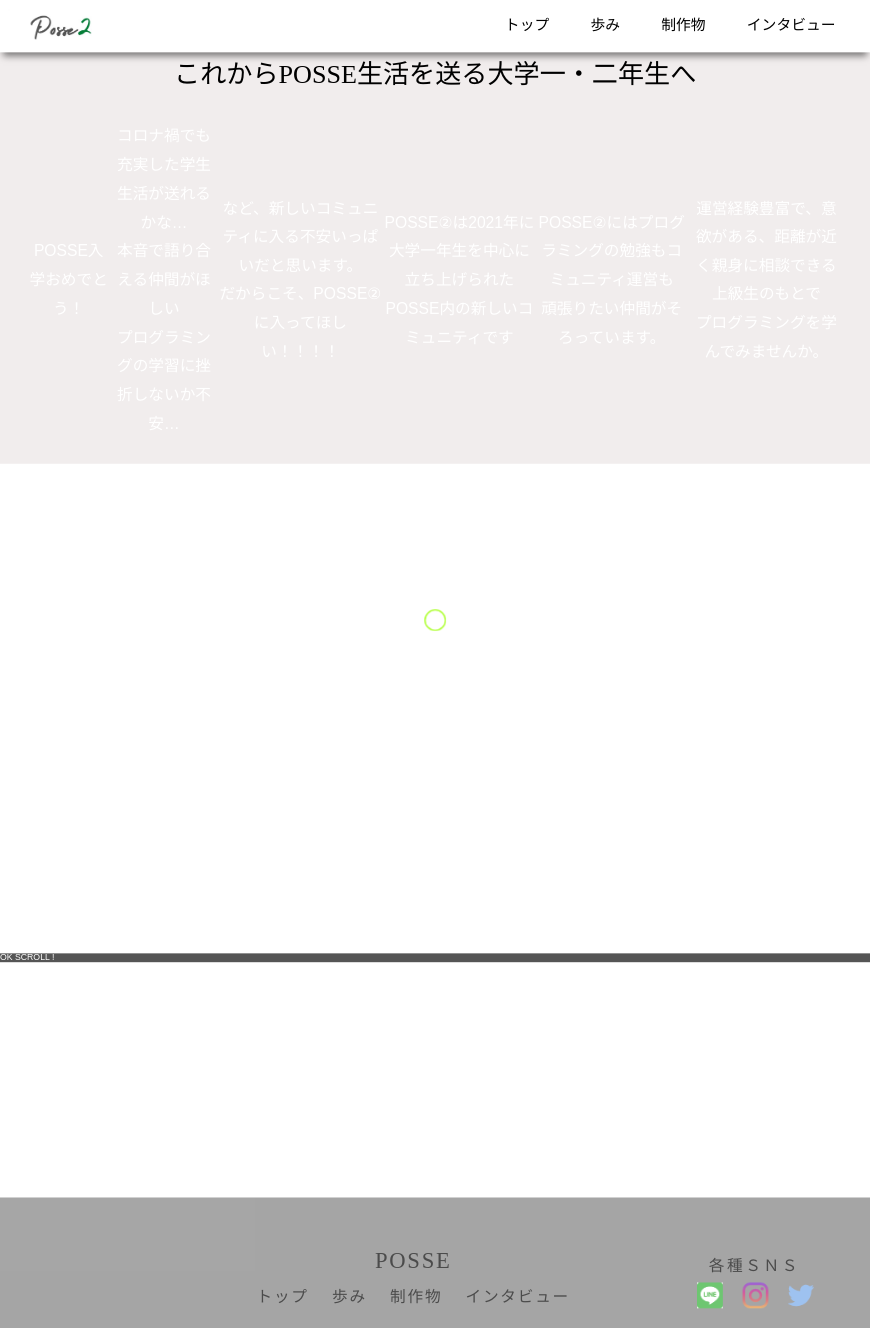
Repository: posse-ap/posse2-hackathon-202202-team2A
Page: topPage/index.html
An editor plug-in stored every save of this project. The page is shown before and after a run of saves, followed by the edit.
The browser window is 1280 px wide. The pictures show the whole page, at 68% of full size.
Some web libraries are served in a nearby version.

Above is the page before, as saved 2022-02-15 03:35:10.

### topPage/index.html
<!DOCTYPE html>
<html lang="en">

<head>
    <meta charset="UTF-8" />
    <meta http-equiv="X-UA-Compatible" content="IE=edge" />
    <meta name="viewport" content="width=device-width, initial-scale=1.0" />
    <title>Document</title>
    <link rel="stylesheet" href="/reset.css" />
    <link rel="stylesheet" href="/topPage/style.css" />
</head>

<body>
    <!-- <header id="header" class="header">
        <div class="header_content">
            <div class="header_title">
                <img src="/topPage images/S__31211608.jpg" alt="" class="header_title_img">
            </div>
            <div class="header_links">
                <ul>
                    <li><a href="">トップページ</a></li>
                    <li><a href="">活動記録</a></li>
                    <li><a href="">日常の記録</a></li>
                    <li><a href="">保護者の方へ</a></li>
                </ul>
            </div>
        </div>
    </header> -->

    <header id="header" class="header">
        <div class="header_content">
            <div class="header_title">
                <img src="/topPage images/S__31211608.jpg" alt="" class="header_title_img">
            </div>
            <!-- ①サイトタイトル -->
            <div class="nav-wrapper header_links">
                <!-- ②ナビゲーションメニュー -->
                <nav class="header-nav">
                    <ul class="nav-list">
                        <li class="nav-item">
                            <a href="">トップ</a>
                        </li>
                        <li class="nav-item">
                            <a href="">歩み</a>
                        </li>
                        <li class="nav-item">
                            <a href="">制作物</a>
                        </li>
                        <li class="nav-item">
                            <a href="">インタビュー</a>
                        </li>
                    </ul>
                </nav>
            </div>
            <button class="burger-btn">
                <!-- ③ハンバーガーボタン -->
                <span class="bar bar_top"></span>
                <span class="bar bar_mid"></span>
                <span class="bar bar_bottom"></span>
            </button>
        </div>
    </header>

    <section class="section">
        <div>
            <h2>これからPOSSE生活を送る大学一・二年生へ</h2>
        <p>POSSE入学おめでとう！</p>
        <p>コロナ禍でも充実した学生生活が送れるかな…<br>
            本音で語り合える仲間がほしい<br>
            プログラミングの学習に挫折しないか不安…<br>
            </p>
        <p>など、新しいコミュニティに入る不安いっぱいだと思います。<br>
            だからこそ、POSSE②に入ってほしい！！！！
            </p>
        <p>POSSE②は2021年に大学一年生を中心に立ち上げられた<br>POSSE内の新しいコミュニティです</p>
        <p> POSSE②にはプログラミングの勉強もコミュニティ運営も<br>頑張りたい仲間がそろっています。</p>
        <p>運営経験豊富で、意欲がある、距離が近く親身に相談できる上級生のもとで<br>プログラミングを学んでみませんか。</p>
        </div>
    </section>

    <section class="section2">
        <p>SCROLL DOWN CSS</p>
        <a href="#" class="scroll-down" address="true"></a>
        </section>
        <section class="ok">
        <p>OK SCROLL !</p>
    </section>


    <footer class="footer">
        <div class='footer_box'>
            <div class="footer_box1">
                <div class='footer_official_box'>
                    <label for="logo"><p>POSSE</p></label>
                    <!-- <a id='logo'  href="https://posse.anti-pattern.co.jp/"><img class='posse_logo_footer' src="img\posseLogo.png" alt="ポッセロゴ"></a> -->
                </div>
                <div class='footer_other_box'>
                    <div class='footer_page_in_site'>
                        <a href="">トップ</a>
                        <a href="">歩み</a>
                        <a href="">制作物</a>
                        <a href="">インタビュー</a>
                    </div>
                </div>
            </div>
            <div class='SNS'>
                <p>各種ＳＮＳ</p>
                <div class='SNS_box'>
                    <a href=""><img src="/topPage images/LINE.png" alt=""></a>
                    <a href="https://instagram.com/posse_programming?utm_medium=copy_link"><img src="/topPage images/instagram2.png" alt="instagram"></a>
                    <a href="https://twitter.com/posse_program?s=20"><img src="/topPage images/twitter2.png" alt="twitter"></a>
                </div>
            </div>
        </div>
    </footer>

    <script src="//ajax.googleapis.com/ajax/libs/jquery/1.10.2/jquery.min.js"></script>
    <script src="https://ajax.googleapis.com/ajax/libs/jquery/3.6.0/jquery.min.js"></script>
    <script src="/topPage/script.js"></script>
</body>

</html>

### topPage/style.css
html {
    font-size: 1vw;
}

body {
    text-align: center;
    margin: 0 auto;
    font-family: "ヒラギノ丸ゴ Pro W4", "ヒラギノ丸ゴ Pro", "Hiragino Maru Gothic Pro", "ヒラギノ角ゴ Pro W3", "Hiragino Kaku Gothic Pro", "HG丸ｺﾞｼｯｸM-PRO", "HGMaruGothicMPRO";
}

/* 下にスクロールするボタン関連 */
*,
:after,
:before {
    box-sizing: border-box;
    margin: 0;
    padding: 0;
}

.section2 {
    height: 100vh;
    width: 100%;
    /* display: table; */

}

section.ok {
    background-color: #555;
}

section p {
    color: white;
    font-family: arial;
    display: table-cell;
    text-align: center;
    vertical-align: middle;
}

.scroll-down {
    opacity: 1;
    -webkit-transition: all .5s ease-in 3s;
    transition: all .5s ease-in 3s;
}

.scroll-down {
    position: absolute;
    left: 50%;
    top: 70rem;
    margin-left: -16px;
    display: block;
    width: 32px;
    height: 32px;
    border: 2px solid greenyellow;
    background-size: 14px auto;
    border-radius: 50%;
    z-index: 2;
    -webkit-animation: bounce 2s infinite 2s;
    animation: bounce 2s infinite 2s;
    -webkit-transition: all .2s ease-in;
    transition: all .2s ease-in;
    transform: scale(1)
}

.scroll-down:before {
    position: absolute;
    top: calc(50% - 8px);
    left: calc(50% - 6px);
    transform: rotate(-45deg);
    display: block;
    width: 12px;
    height: 12px;
    content: "";
    border: 2px solid white;
    border-width: 0px 0 2px 2px;
}

@keyframes bounce {

    0%,
    100%,
    20%,
    50%,
    80% {
        -webkit-transform: translateY(0);
        -ms-transform: translateY(0);
        transform: translateY(0);
    }

    40% {
        -webkit-transform: translateY(-10px);
        -ms-transform: translateY(-10px);
        transform: translateY(-10px);
    }

    60% {
        -webkit-transform: translateY(-5px);
        -ms-transform: translateY(-5px);
        transform: translateY(-5px);
    }
}

.updown {
    animation-name:updown1;   /* アニメーション名の指定 */
    animation-delay:0s;   /* アニメーションの開始時間指定 */
    animation-duration: 3s;   /* アニメーション動作時間の指定 */
    animation-timing-function: ease-in-out;  /* アニメーションの動き指定（徐々に早く）*/
    animation-iteration-count: infinite;
}

@keyframes updown1 {
  0% {
    transform: translateY(0);
  }
  50% {
    transform: translateY(-20px);
  }
  100% {
    transform: translateY(0);
  }
}


.header_content {
    width: 95%;
    height: 90%;
    display: flex;
    justify-content: space-between;
    opacity: 1;
    margin: 0 6rem 0.3rem 1rem;
}

.header_title {
    display: flex;
}

.header_title_img {
    display: block;
    width: 12rem;
    height: 4rem;
    opacity: 1;
}



.header_links {
    width: 40%;
    padding: 1rem 0 0 0;
}

.header_links ul {
    display: flex;
    justify-content: space-between;
}

.header_links li a {
    display: block;
    color: black;
    text-decoration: none;
    font-size: 1.7rem;
}

.header_links li a:hover {
    opacity: 0.4;
    transform: translate(0, -5px);
}


.header {
    width: 100%;
    height: 6rem;
    background: white;
    position: fixed;
    top: 0;
    left: 0;
    padding-top: 1.1rem;
    box-sizing: border-box;
    z-index: 5;
    box-shadow: 0px 10px 10px -5px rgba(0, 0, 0, 0.5);
}

.SNS_box{
    width: 150%;
}


/* -------------------- */
/* header
  /* -------------------- */
/* .header {
    align-items: center;
    background-color: #1b1310;
    border-bottom: 1px solid #fff;
    color: #fff;
    display: flex;
    height: 74px;
    justify-content: space-between;
    padding: 0 120px;
} */

/* .nav-list {

    display: flex;
} */

/* .nav-item {

    margin-right: 55px;
} */

.burger-btn {
    display: none;
}

/* ------------------ */
/* fv
  /* ------------------ */
.fv {
    align-items: center;
    background-color: #141414;
    background-image: url(../img/fv-bgi@2x.jpg);
    background-position: center;
    background-size: cover;
    display: flex;
    flex-direction: column;
    height: 90vh;
    justify-content: center;
}

/* .main-copy {
    border: 2px solid #fff;
    color: #fff;
    font-size: 50px;
    font-weight: bold;
    padding: 34px 42px;
} */

/* ------------------ */
/* about
  /* ------------------ */
.section-title {
    font-size: 36px;
    font-weight: bold;
    letter-spacing: .05em;
    margin-bottom: 70px;
    text-align: center;
}

h3 {
    font-size: 2.4rem;
    font-weight: bold;
    letter-spacing: .1em;
    line-height: 2;
    margin-bottom: 40px;
}

.section-wrapper {
    padding: 100px 10% 50px;
}

@media screen and (min-width:541px) and (max-width:1024px) {
    .header{
        height: 10rem;
    }

    .header_content{
        padding-top: 2rem;
    }

    .header_title_img{
        width: 100%;
        height: 70%;
    }

    .header_links li a{
        font-size: 2.7rem;
        margin-top: 0;
    }

    .header_links{
        width: 50%;
    }
}

@media screen and (max-width:540px) {

    /* ----------------------- */
    /* base_sp
    /* ----------------------- */
    /* デフォルトのbuttonスタイルをリセット */
    button {
        -webkit-appearance: none;
        -moz-appearance: none;
        appearance: none;
        background: transparent;
        border: 0;
        border-radius: 0;
        color: inherit;
        cursor: pointer;
        font: inherit;
        margin: 0;
        outline: none;
        padding: 0;
        vertical-align: middle;
    }

    /* ------------------ */
    /* humberger-menu */
    /* ------------------ */
    .header {
        padding: 0;
        height: 15rem;
    }

    .header_title_img{
        margin-top: 2rem;
        width: 30rem;
        height: 10rem;
    }

    /* 以下、ハンバーガーボタン */
    .burger-btn {
        display: block;
        height: 22%;
        position: relative;
        width: 20%;
        z-index: 3;
        /* codepenの挙動のため */
        background-color: transparent;
        border: none;
        margin-top: 6rem;
    }



    .bar {
        background-color: black;
        display: block;
        height: 0.1rem;
        left: 50%;
        position: absolute;
        transform: translateX(-50%);
        width: 7rem;
    }

    .bar_top {
        top: 3rem;
    }

    .bar_mid {
        top: 50%;
        transform: translate(-50%, -50%);
    }

    .bar_bottom {
        bottom: 3rem;
    }

    .burger-btn.close{
        margin-top: 8.4rem;
    }

    .burger-btn.close .bar_top {
        transform: translate(-50%,-4.3rem) rotate(45deg);
        transition: transform .3s;
    }

    .burger-btn.close .bar_mid {
        opacity: 0;
        transition: opacity .3s;
    }

    .burger-btn.close .bar_bottom {
        transform: translate(-50%, -1rem) rotate(-45deg);
        transition: transform .3s;
    }

    /* スクロール制御 */
    .noscroll {
        overflow: hidden;
    }

    /* 以下、ハンバーガーメニュー */
    .nav-wrapper {
        visibility: hidden;
        height: 100vh;
        left: 0;
        position: fixed;
        top: 0;
        width: 100vw;
        opacity: 0;
        transition: opacity .5s;
        z-index: 2;
        /*キービジュアルと.btn_triggerとの重なりの前後関係を調整*/
    }

    .header-nav {
        background-color: white;
        height: 100%;
        width: 100%;
        z-index: 2;
    }

    .header_links ul{
        display: block;
    }

    .nav-list {
        display: block;
        left: 50%;
        position: absolute;
        text-align: center;
        top: 50%;
        transform: translate(-50%, -50%);
    }

    .nav-item {
        margin-bottom: 40px;
        margin-right: 0;
    }

    .header_links li a{
        font-size: 5rem;
    }

    /* メニューオープン時 */
    .nav-wrapper.fade {
        opacity: 1;
        visibility: visible;
    }

    /* ------------------ */
    /* fv */
    /* ------------------ */
    .main-copy {
        font-size: 30px;
    }

    /* ------------------ */
    /* about */
    /* ------------------ */
    h3 {
        font-size: 20px;
        margin-bottom: 30px;
    }

    .section-wrapper {
        padding: 100px 5% 50px;
    }
}

/* ふったー */
.footer {
    background-color: grey;
    opacity: 0.7;
}

.footer_box {
    width: 65%;
    height: 15rem;
    display: flex;
    justify-content: space-around;
    padding: 6rem 0 0 0;
    position: relative;
    right: -23%;
    margin-top: 27rem;
}

.footer_official_box label p {
    color: black;
    font-size: 2.6rem;
    letter-spacing: 0.2rem;
}

.footer_official_box label p:hover {
    opacity: 0.4;
    transform: translate(0, -5px);
}

.footer_page_in_site a {
    color: black;
    text-decoration: none;
    font-size: 1.8rem;
    letter-spacing: 0.2rem;
}

.footer_page_in_site a:hover {
    opacity: 0.4;
    transform: translate(0, -5px);
}

.SNS {
    width: 14%;
}

.SNS_box a {
    margin: 1rem;
}

.SNS_box a img {
    width: 3rem;
    height: 3rem;
}

.SNS_box a :hover {
    opacity: 0.4;
    transform: translate(0, -5px);
}

.SNS p {
    color: black;
    font-size: 1.8rem;
    margin: 1rem 0;
    margin-left: 6rem;
    letter-spacing: 0.3rem;
    white-space: nowrap;
}

/* .SNS p:hover {
    opacity: 0.4;
    transform: translate(0, -5px);
} */

.posse_logo_footer {
    width: 80%;
    height: 40%;
}

.footer_other_box {
    font-size: 1.5rem;
    letter-spacing: 0.3rem;
    margin: 2rem;
}

.footer_page_in_site a {
    margin: 0 1rem;
}

.SNS_box{width: 250%;}

@media screen and (min-width:541px) and (max-width:1024px) {
    .footer{
        height: 30rem;
    }

    .footer_official_box label p{
        font-size: 7rem;
    }

    .SNS p{
        display: block;
        margin-left: 0;
        margin: 3rem auto;
        font-size: 3rem;
        white-space: nowrap;
    }

    .footer_page_in_site a{
        font-size: 3rem;
    }

    .footer_box{
        width: 75%;
        display: block;
        right: -13%;
    }

    .SNS{
        margin: 0 auto;
        width: 100%;
    }

    .SNS_box{
        width: 100%;
    }


    .footer_official_box label p{
        font-size: 4rem;
    }

    .SNS_box a img {
        width: 5rem;
        height: 5rem;
    }
}


@media screen and (max-width:540px) {
    .footer_box {
        display: block;
        height: 20rem;
        margin:  20rem 0;
        right: -5%;
        width: 90%;
    }

    .footer_official_box label p{
        font-size: 10rem;
    }

    .footer_page_in_site a{
        font-size: 5rem;
        display: block;
    }

    .footer_page_in_site{
        display: block;
        line-height: 7rem;
    }

    .footer{
        height: 70rem;
    }

    .SNS{
        margin: 0 auto;
        width: 100%;
    }

    .SNS p{
        margin-left: 0;
        display: block;
        width: 50rem;
        margin: 3rem auto;
        font-size: 7rem;
        white-space: nowrap
    }

    .SNS_box{
        width: 100%;
    }

    .SNS_box a img {
        width: 7rem;
        height: 7rem;
    }
}

.section div {
    background-color: rgb(241, 237, 237);
    padding: 3rem;
}

.section div h2 {
    font-size: 3rem;
    margin: 4rem;
}

.section div p {
    font-size: 1.8rem;
    margin: 3rem;
    line-height: 3.3rem;
}

.section2 {
    padding: 7rem 0;
}

.highlight {
    background: linear-gradient(transparent 50%, #f6ff5f 80%);
}

### topPage/script.js
$('.burger-btn').on('click', function () {//.btn_triggerをクリックすると
    $('.burger-btn').toggleClass('close');//.btn_triggerにcloseクラスを付与(ボタンのアニメーション)
    $('.nav-wrapper').toggleClass('fade');//.nav-wrapperに
    $('body').toggleClass('noscroll');//bodyにnoscrollクラスを付与(スクロールを固定)
});

$(function () {
    var setImg = '#mainImg';
    var fadeSpeed = 1500;
    var switchDelay = 5000;

    $(setImg).children('img').css({ opacity: '0' });
    $(setImg + ' img:first').stop().animate({ opacity: '1', zIndex: '20' }, fadeSpeed);

    setInterval(function () {
        $(setImg + ' :first-child').animate({ opacity: '0' }, fadeSpeed).next('img').animate({ opacity: '1' }, fadeSpeed).end().appendTo(setImg);
    }, switchDelay);
});

$(function () {
    $('.scroll-down').click(function () {
        $('html, body').animate({ scrollTop: $('section.ok').offset().top }, 'slow');
        return false;
    });
});

Loaded but not shown: reset.css (common file)

After the next 2 saves:
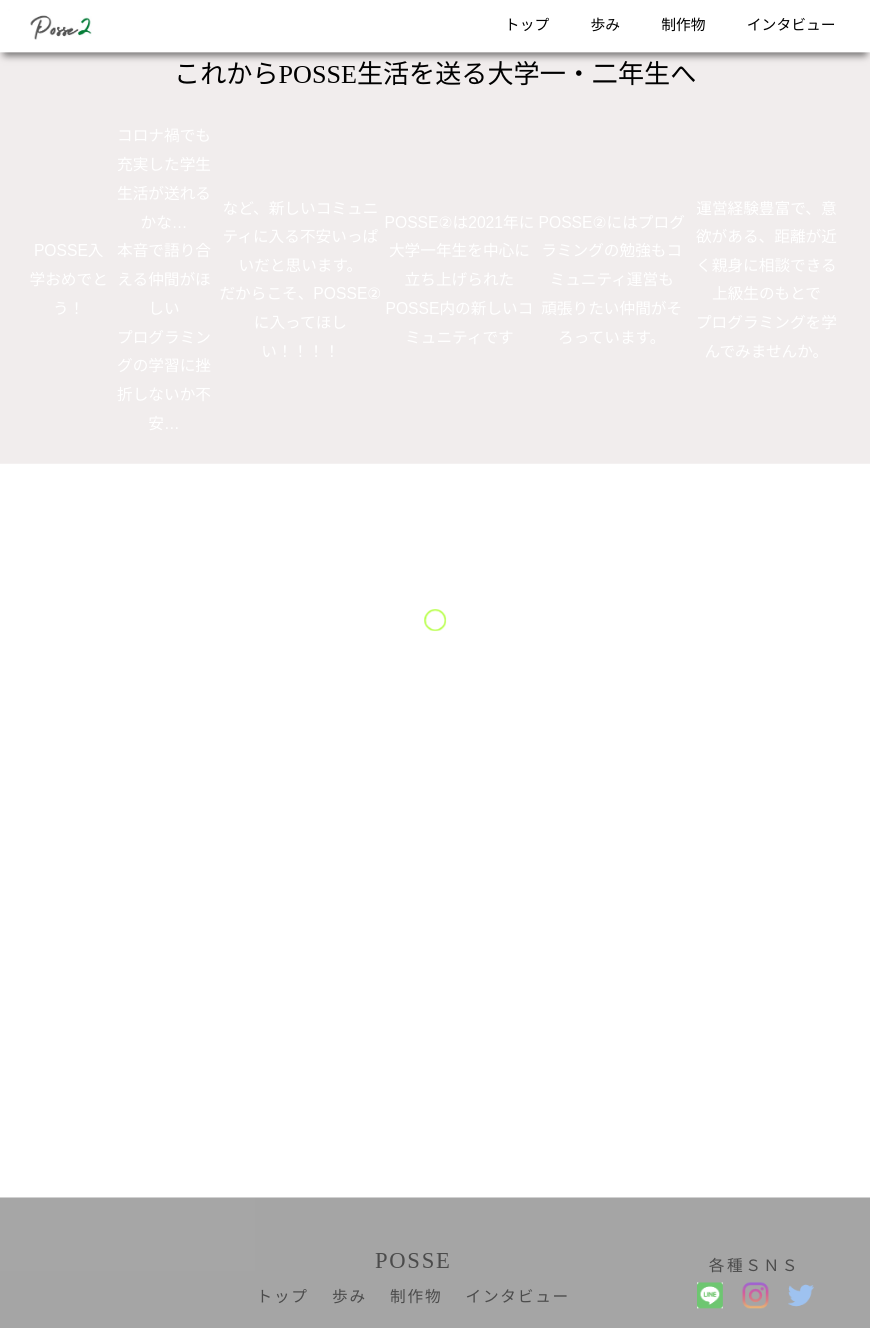
The 2 saves are shown as one change because they came seconds apart.
The last was saved 7 s later.
--- a/topPage/style.css
+++ b/topPage/style.css
@@ -24,7 +24,7 @@
 
 }
 
-section.ok {
+.section2.ok {
     background-color: #555;
 }
 

After the 2 saves that followed:
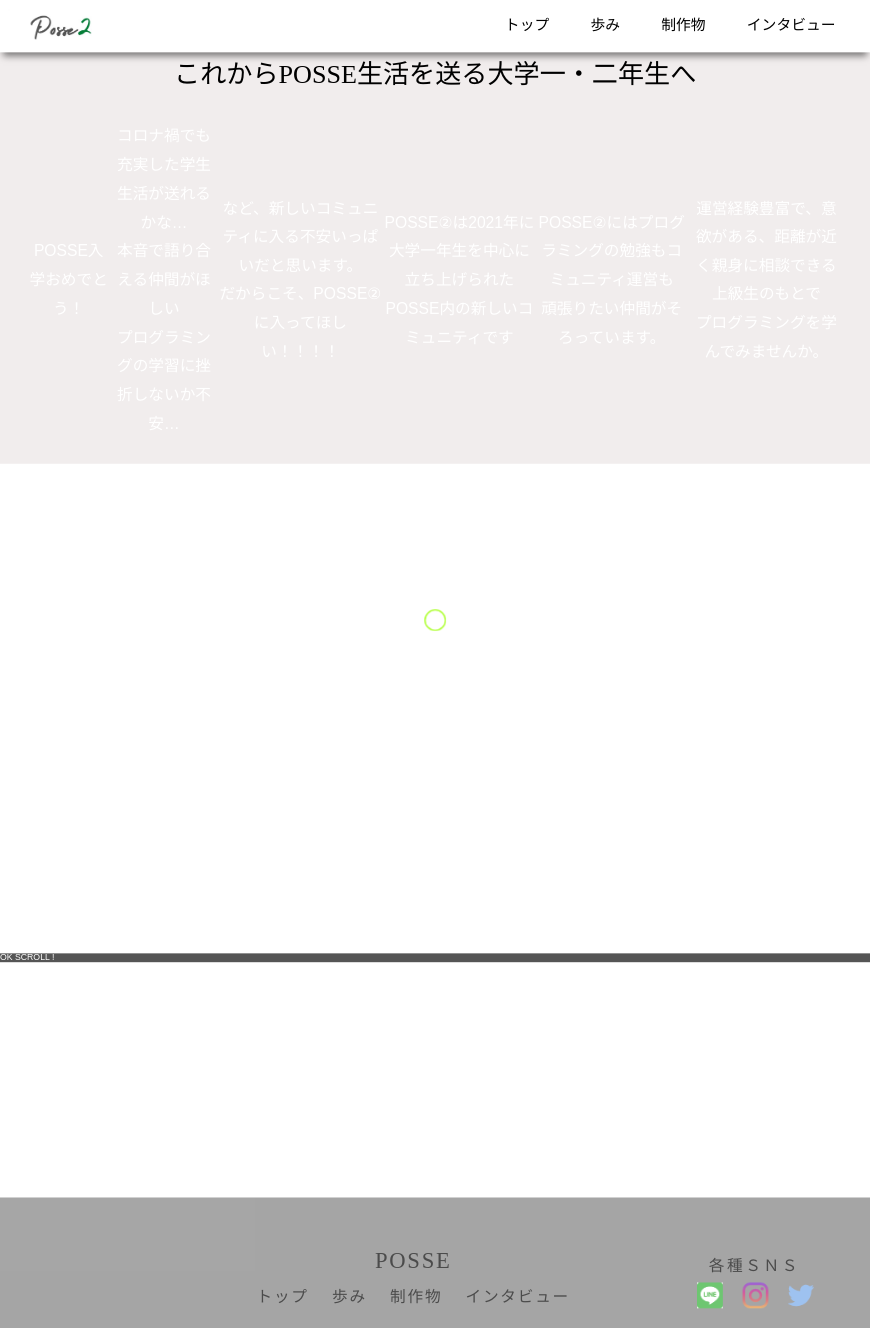
The 2 saves are shown as one change because they came seconds apart.
The last was saved 9 s later.
--- a/topPage/style.css
+++ b/topPage/style.css
@@ -24,7 +24,7 @@
 
 }
 
-.section2.ok {
+section.ok {
     background-color: #555;
 }
 
